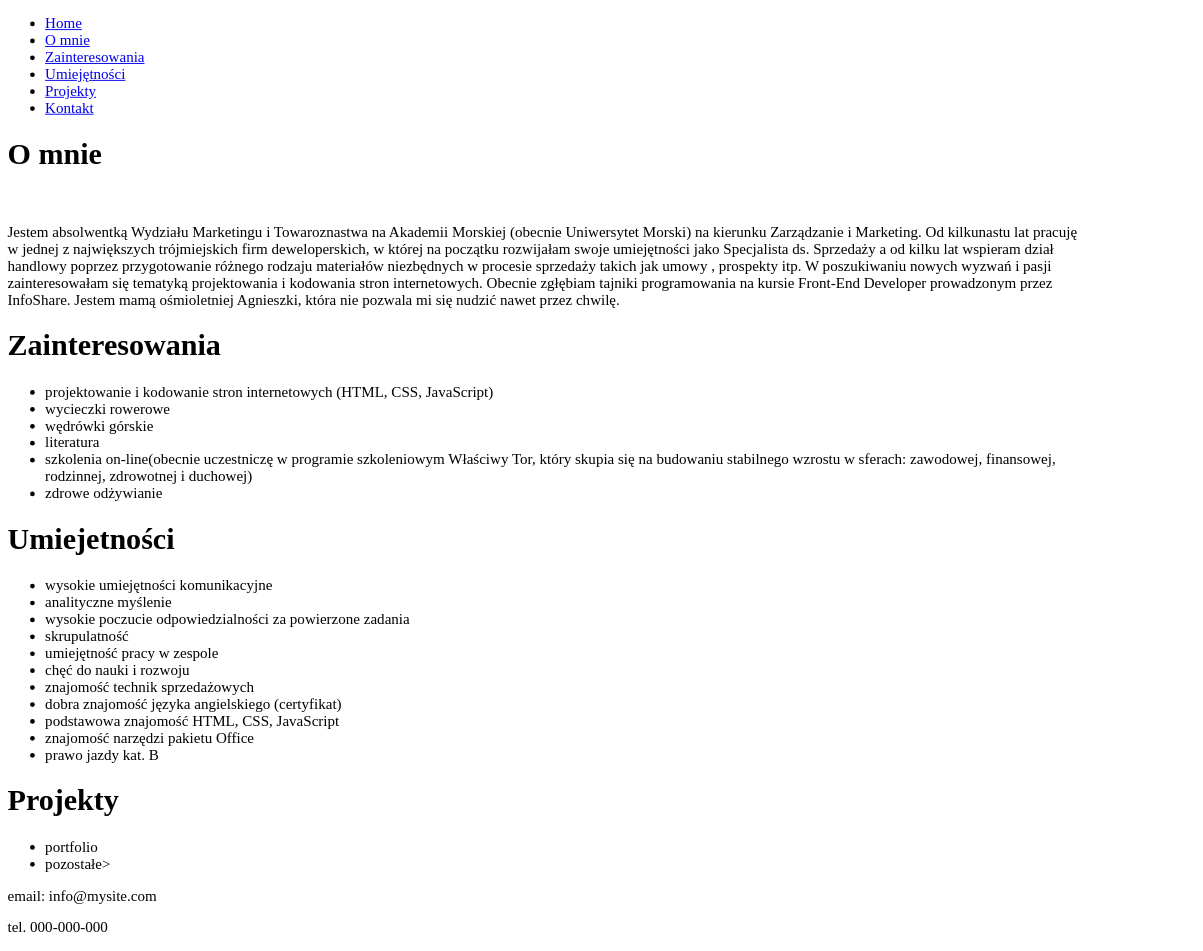
Repository: MagJaw/portfolio
Page: portfolio.html
These files come from the project's save history. The page is drawn as it stood at one moment and after the next save; the edit follows.
The browser window is 1280 px wide. The pictures show the whole page, at 94% of full size.

Above is the page before, as saved 2018-11-11 19:39:04.

### portfolio.html
<!DOCTYPE html>
<html lang="pl">
<head>
    <meta charset="UTF-8">
    <meta name="viewport" content="width=device-width, initial-scale=1.0">
    <meta http-equiv="X-UA-Compatible" content="ie=edge">
    <link rel="stylesheet" href="main.css">
    <title>Portfolio</title>
</head>
<body>
    <nav role="navigation" class="menu_container">
        <ul class="menu">
            <li class="menu__section">
              <a href="#section1">Home</a>
            </li>
            <li class="menu__section">
                <a href="#section2">O mnie</a>
            </li>
            <li class="menu__section">
              <a href="#section3">Zainteresowania</a>
            </li>
            <li class="menu__section">
              <a href="#section4">Umiejętności</a>
            </li>
            <li class="menu__section">
                <a href="#section5">Projekty</a>
            </li>
            <li class="menu__section">
                <a href="#section6">Kontakt</a>
            </li>
          </ul>
    </nav>
    <div class="motto__container">


    </div>

    <div class="section2">
        <h1 class="header__section">O mnie</h1>
        <img src="" class="my__photo">
        <p> Jestem absolwentką Wydziału Marketingu i Towaroznastwa na Akademii Morskiej (obecnie Uniwersytet Morski) na kierunku Zarządzanie i Marketing. Od kilkunastu lat pracuję w jednej z największych trójmiejskich firm deweloperskich, w której na początku rozwijałam swoje umiejętności jako Specjalista ds. Sprzedaży a od kilku lat wspieram dział handlowy poprzez przygotowanie różnego rodzaju materiałów niezbędnych w procesie sprzedaży takich jak umowy , prospekty itp. W poszukiwaniu nowych wyzwań i pasji zainteresowałam się tematyką projektowania i kodowania stron internetowych. Obecnie zgłębiam tajniki programowania na kursie Front-End Developer prowadzonym przez InfoShare. Jestem mamą ośmioletniej Agnieszki, która nie pozwala mi się nudzić nawet przez chwilę.</p>
    </div>
    <div class="section3">
        <h1 class="header__section">Zainteresowania</h1>
        <ul>
            <li>projektowanie i kodowanie stron internetowych (HTML, CSS, JavaScript)</li>
            <li>wycieczki rowerowe</li>
            <li>wędrówki górskie</li>
            <li>literatura</li>
            <li>szkolenia on-line(obecnie uczestniczę w programie szkoleniowym Właściwy Tor, który skupia się na budowaniu stabilnego wzrostu w sferach: zawodowej, finansowej, rodzinnej, zdrowotnej i duchowej)</li>
            <li>zdrowe odżywianie</li>
        </ul>
    </div>
    <div class="section4">
        <h1 class="header__section">Umiejetności</h1>
        <ul>
            <li>wysokie umiejętności komunikacyjne</li>
            <li>analityczne myślenie</li>
            <li>wysokie poczucie odpowiedzialności za powierzone zadania</li>
            <li>skrupulatność</li>
            <li>umiejętność pracy w zespole</li>
            <li>chęć do nauki i rozwoju</li>
            <li>znajomość technik sprzedażowych</li>
            <li>dobra znajomość języka angielskiego (certyfikat)</li>
            <li>podstawowa znajomość HTML, CSS, JavaScript</li>
            <li>znajomość narzędzi pakietu Office</li>
            <li>prawo jazdy kat. B</li>
        </ul>
    </div>
    <div class="section5">
        <h1 class="header__section">Projekty</h1>
        <ul>
            <li>portfolio</li>
            <li>pozostałe></li>
        </ul>
    </div>
    <div class="section6">
        <p>email: info@mysite.com</p>
        <p>tel. 000-000-000</p>
    </div>

</body>
</html>

### main.css
body {
    width: 90%;
}

After the next save:
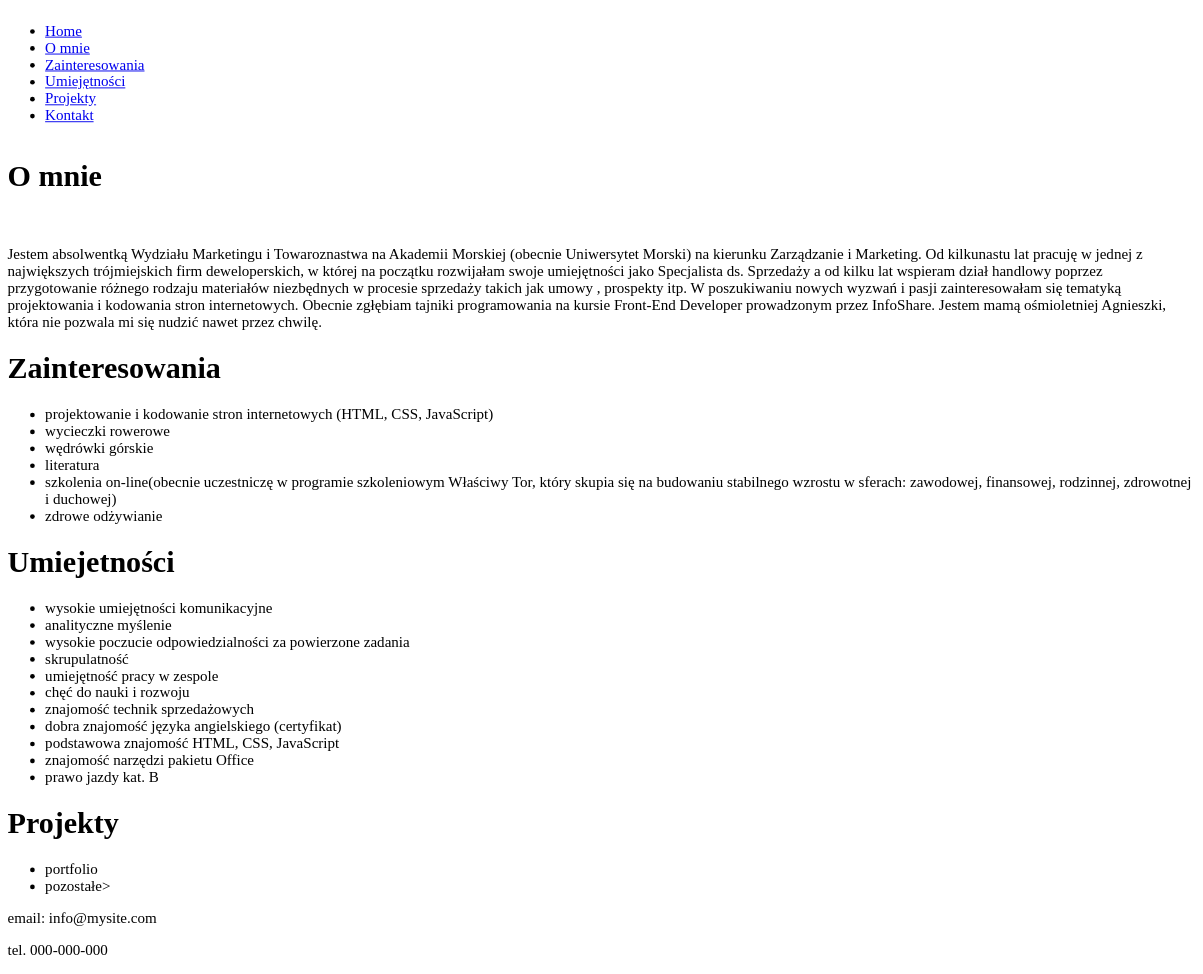
Saved 3 min 14 s later.
--- a/main.css
+++ b/main.css
@@ -1,3 +1,3 @@
-body {
-    width: 90%;
+.menu_container {
+    display: inline-block;
 }
